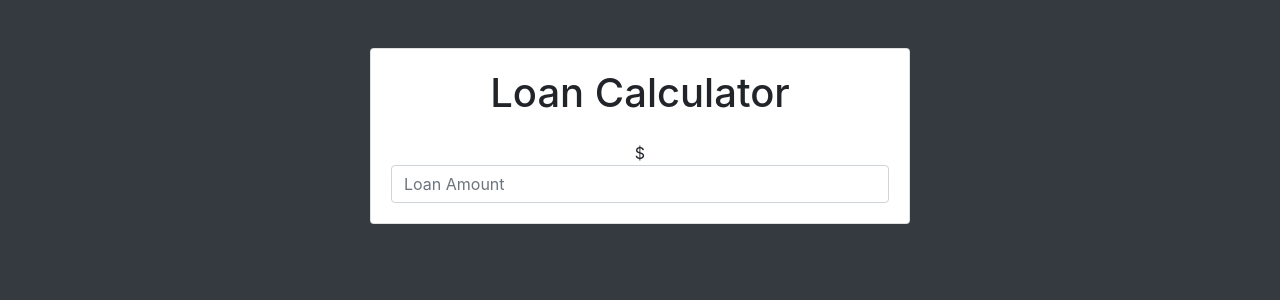
Repository: varun-project/LearningJs
Page: index.html
An editor plug-in stored every save of this project. The page is shown before and after the next save, followed by the edit.
The browser window is 1280 px wide. The pictures show the whole page.

Above is the page before, as saved 2019-07-28 16:34:45.

### index.html
<!doctype html>
<html lang="en">
  <head>
    <!-- Required meta tags -->
    <meta charset="utf-8">
    <meta name="viewport" content="width=device-width, initial-scale=1, shrink-to-fit=no">

    <!-- Bootstrap CSS -->
    <link rel="stylesheet" href="https://stackpath.bootstrapcdn.com/bootstrap/4.3.1/css/bootstrap.min.css" integrity="sha384-ggOyR0iXCbMQv3Xipma34MD+dH/1fQ784/j6cY/iJTQUOhcWr7x9JvoRxT2MZw1T" crossorigin="anonymous">

    <title>Hello, world!</title>
  </head>
  <body class="bg-dark">
    <div class="container">
        <div class="row">
          <div class="col-md-6 mx-auto">

             <div class="card card-body text-center mt-5">

              <h1 class="heading display-5 pb-3">Loan Calculator</h1>
               <form id="loan-form">
<div class="form_group">
  <div class="inputgroup">

    <span class="input-group-addon">$</span>
    <input type="number" class="form-control" id="amount" placeholder="Loan Amount">
  </div>
</div>


               </form>

            </div>

           </div>


        </div>

    </div>


    <!-- Optional JavaScript -->
    <!-- jQuery first, then Popper.js, then Bootstrap JS -->
    <script src="https://code.jquery.com/jquery-3.3.1.slim.min.js" integrity="sha384-q8i/X+965DzO0rT7abK41JStQIAqVgRVzpbzo5smXKp4YfRvH+8abtTE1Pi6jizo" crossorigin="anonymous"></script>
    <script src="https://cdnjs.cloudflare.com/ajax/libs/popper.js/1.14.7/umd/popper.min.js" integrity="sha384-UO2eT0CpHqdSJQ6hJty5KVphtPhzWj9WO1clHTMGa3JDZwrnQq4sF86dIHNDz0W1" crossorigin="anonymous"></script>
    <script src="https://stackpath.bootstrapcdn.com/bootstrap/4.3.1/js/bootstrap.min.js" integrity="sha384-JjSmVgyd0p3pXB1rRibZUAYoIIy6OrQ6VrjIEaFf/nJGzIxFDsf4x0xIM+B07jRM" crossorigin="anonymous"></script>
  </body>
</html>

After the next save:
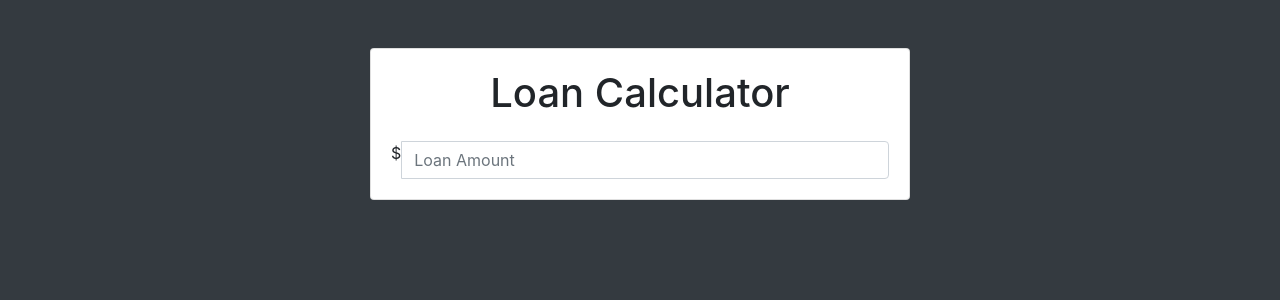
Saved 37 s later.
--- a/index.html
+++ b/index.html
@@ -20,7 +20,7 @@
               <h1 class="heading display-5 pb-3">Loan Calculator</h1>
                <form id="loan-form">
 <div class="form_group">
-  <div class="inputgroup">
+  <div class="input-group">
 
     <span class="input-group-addon">$</span>
     <input type="number" class="form-control" id="amount" placeholder="Loan Amount">
